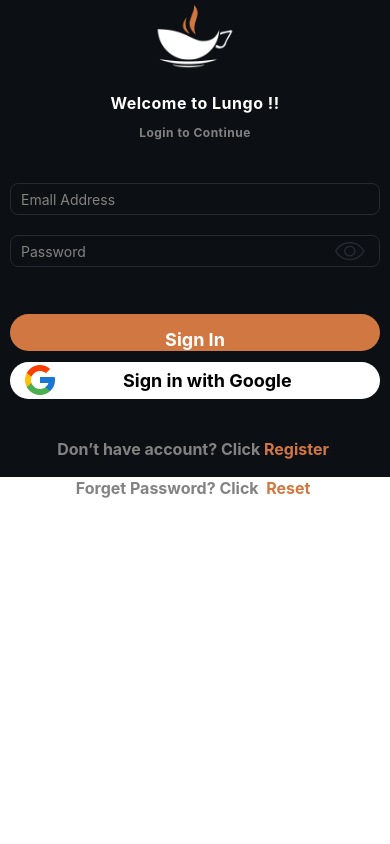
Repository: nguoilaisaochoi/App-coffe
Screen: /
An editor plug-in stored every save of this project. The screen is shown before and after the next save, followed by the edit.
The app was drawn by React Native's web renderer in a window 390 px wide. The project was rebuilt for these pictures with package versions that can differ from the ones it lists, and the page was loaded fresh each time.

Above is the screen before, as saved 2024-01-12 21:38:51.

After the next save:
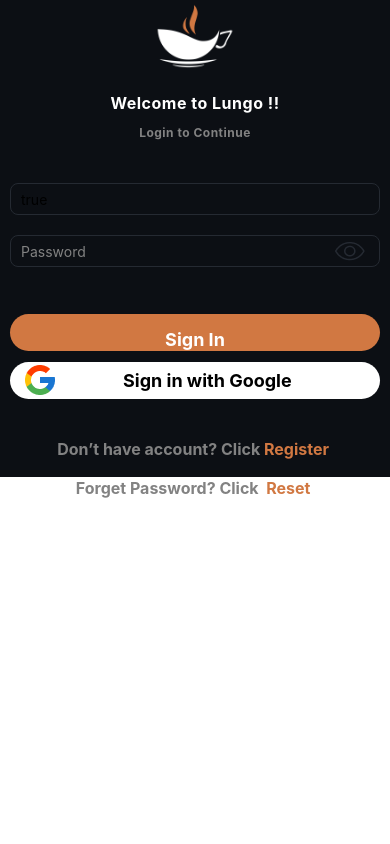
Saved 31 s later.
--- a/src/Login.js
+++ b/src/Login.js
@@ -37,7 +37,7 @@
           style={[mystyle.input, isNamVaild? null:mystyle.error]}
           placeholder="Emall Address"
           placeholderTextColor="#828282"
-          value={name}
+          value={Name}
         />
         <View style={mystyle.iconContainer}>
           <TextInput
